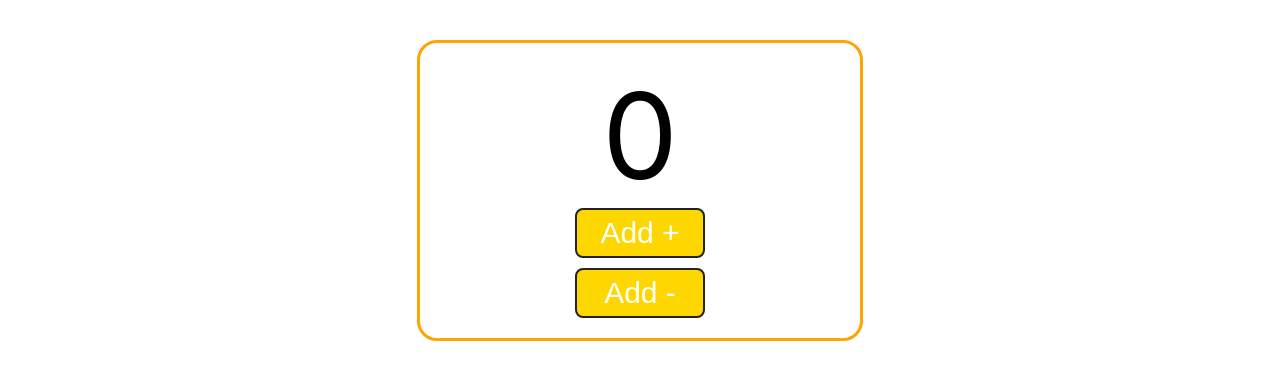
Repository: dnjfht/css-example
Page: /
The author's editor kept a copy of each file at every save. The page is drawn from the files as they stood at one save, then again after the next save.
The browser window is 1280 px wide. The pictures show the whole page.
The project was rebuilt for these pictures with package versions that can differ from the ones it lists, and the page was loaded fresh each time.

Above is the page before, as saved 2023-05-09 18:52:05.

After the next save:
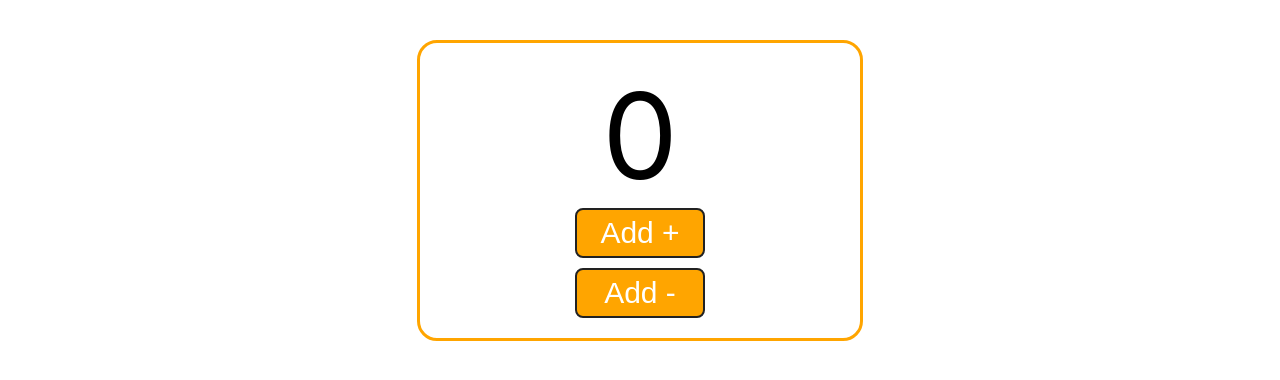
Saved 11 s later.
--- a/src/components/Counter.jsx
+++ b/src/components/Counter.jsx
@@ -28,7 +28,7 @@ export default function Counter({ count, setCount }) {
           width: 130,
           padding: "6px 16px",
           boxSizing: "border-box",
-          backgroundColor: "gold",
+          backgroundColor: "orange",
           border: "2px solid #222",
           borderRadius: 8,
           fontSize: 30,
@@ -44,7 +44,7 @@ export default function Counter({ count, setCount }) {
           padding: "6px 16px",
           marginTop: 10,
           boxSizing: "border-box",
-          backgroundColor: "gold",
+          backgroundColor: "orange",
           border: "2px solid #222",
           borderRadius: 8,
           fontSize: 30,
